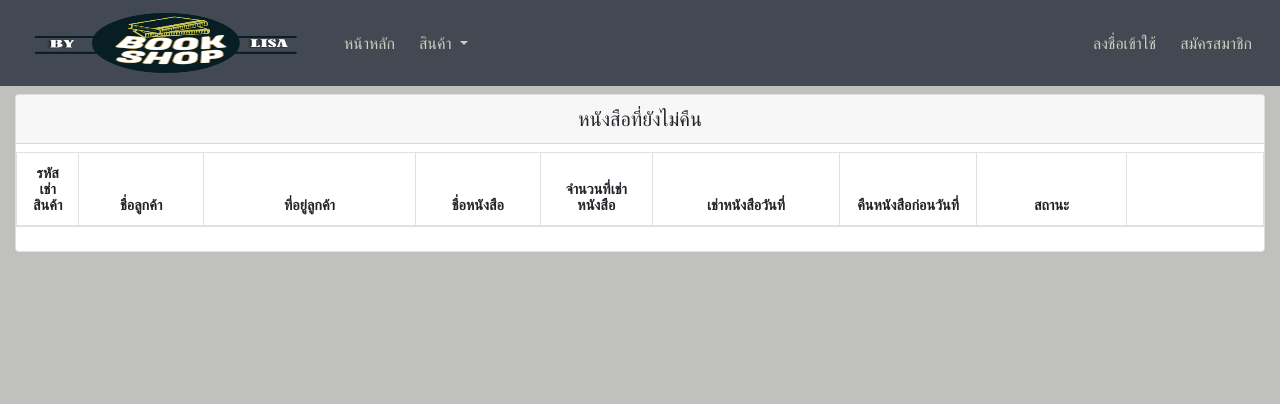
Repository: peawza/shopbook
Page: http://localhost/returnproduct.php?Order_id=24
The author's editor kept a copy of each file at every save. The page is drawn from the files as they stood at one save, then again after the next save.
The browser window is 1280 px wide. The pictures show the whole page.
The page is run by PHP 8.4 with error messages shown; the project is at /var/www/html/. Other server files are loaded and not shown. The database holds what the project's SQL file puts in it. Queries for data that is not in the repository find no rows.

Above is the page before, as saved 2020-10-01 11:09:44.

### returnproduct.php
<!DOCTYPE html>
<html lang="en">

<head>
    <meta charset="UTF-8">
    <meta name="viewport" content="width=device-width, initial-scale=1.0">
    <title>Document</title>
    <?php
    require_once('php/condbbook.php');
    include('include\importcss.php');
    include('include\navber.php');
    //echo '<pre>';
    //print_r($_SESSION);
    //$_SESSION['ses_php_var'] = $_GET['sendVal'];
    //$_SESSION['ses_php_var'] = $_POST['sendVal'];
    //$_SESSION['Typeid'] = $_POST['Typeid'];
    //print_r($_POST);
    //print_r($_GET);
    //echo '<pre>';

    ?>
</head>

<body>
    <div class="container-fluid py-2">
        <div class="card ">
            <h5 class="card-header text-center">หนังสือที่ยังไม่คืน</h5>

            <div class="py-2">
                <table class="table table-bordered table-responsive-sm">
                    <thead>
                        <tr>
                            <th width="5%" class="text-center">รหัสเช่าสินค้า</th>
                            <th width="10%" class="text-center">ชื่อลูกค้า</th>
                            <th width="17%" class="text-center">ที่อยู่ลูกค้า</th>
                            <th width="10%" class="text-center">ชื่อหนังสือ</th>
                            <th width="9%" class="text-center">จำนวนที่เช่าหนังสือ</th>
                            <th width="15%" class="text-center">เช่าหนังสือวันที่</th>
                            <th width="11%" class="text-center">คืนหนังสือก่อนวันที่</th>
                            <th width="12%" class="text-center">สถานะ</th>
                            <th width="12%" class="text-center"></th>

                        </tr>
                    </thead>
                    <tbody>
                        <?php
                        /*
                        [0] => 1
                        [orders_id] => 1
                        [1] => 4
                        [User_ID] => 4
                        [2] => ฟหดกหฟดกหฟด
                        [Order_addressuser] => ฟหดกหฟดกหฟด
                        [3] => 2464
                        [orders_renttotal] => 2464
                        [4] => 0
                        [orders_returntotal] => 0
                        [5] => 2464
                        [orders_sumtotal] => 2464
                        [6] => 0
                        [orders_iscomplete] => 0
                        [7] => 4
                        [8] => user
                        [User_Username] => user
                        [9] => $2y$10$fB6aRvLojb8vG3ukgnwcle6rynH6hiaSNAOSCfskrj2DL4A6y8HM6
                        [User_Password] => $2y$10$fB6aRvLojb8vG3ukgnwcle6rynH6hiaSNAOSCfskrj2DL4A6y8HM6
                        [10] => ศุภชัย
                        [User_Firstname] => ศุภชัย
                        [11] => แจ้งอรุณ
                        [User_Lastname] => แจ้งอรุณ
                        [12] => 0970562607
                        [User_Telephonenumber] => 0970562607
                        [13] => agileza_555@hotmail.com
                        [User_Email] => agileza_555@hotmail.com
                        [14] => 9091310863447.jpg
                        [User_Photo] => 9091310863447.jpg
                        [15] => 2020-09-26
                        [User_Createdate] => 2020-09-26
                        [16] => admin
                        [User_Type] => admin
                        [17] => 1
                        [orderrent_id] => 1
                        [18] => 4
                        [orderrent_productid] => 4
                        [19] => 1
                        [orderrent_amount] => 1
                        [20] => 1232
                        [orderrent_totalprice] => 1232
                        [21] => 2020-09-30
                        [orderrent_rentdate] => 2020-09-30
                        [22] => 2020-10-20
                        [orderrent_returndate] => 2020-10-20
                        [23] => 0
                        [orderrent_status] => 0
                    )

                        */
                        if (isset($_GET['Order_id'])) {
                            $orderid = $_GET['Order_id'];
                            $selectproduct = "SELECT * FROM `orders`,`user`,`orderrent`, WHERE `user`.`User_ID`=`orders`.`User_ID`AND`orders`.`orders_id`= `orderrent`.`orderrent_id`AND `product`.`Product_ID`=`orderrent`.`orderrent_productid` AND`orderrent`.`orderrent_id`= '" . $orderid . "'";
                            $resulproduct = mysqli_query($conn, $selectproduct);
                            while ($rowproduct = mysqli_fetch_array($resulproduct)) {
                        ?>
                        <tr>
                            <th><?php
                                        $code = sprintf('O-%04d', $rowproduct['orders_id']);
                                        echo $code ?>
                            </th>
                            <th><?php echo $rowproduct["User_Firstname"] . ' ' . $rowproduct['User_Lastname'] ?>
                            </th>
                            <td><?php echo $rowproduct["Order_addressuser"]  ?></td>

                        </tr>



                        <?php
                                //echo '<pre>';
                                //print_r($rowproduct);
                                //echo '<pre>';
                            }
                        } else {


                            echo 'null';
                        }


                        ?>
                    </tbody>
                    </thead>
                </table>
            </div>
        </div>
    </div>










</body>
<?php
include('include\importjavascript.php');
?>

</html>

### php/condbbook.php
<?php
session_start();
$conn = new mysqli('localhost', 'root', '1234', 'shopbook');
$conn->set_charset("utf8");
//$conn->query('set name utf8');
//echo $conn->connect_error;
if ($conn->connect_errno) {
    die("conmection Failed" . $conn->connect_error);
} /*else {
    die("OK Database");
}*/

//$conndata = new mysqli('localhost', 'root', '1234', 'shop');

### include/importcss.php
<link rel="stylesheet" href="node_modules/bootstrap/dist/css/bootstrap.min.css"> <!-- link เลือก css-->
<link rel="stylesheet" href="node_modules/font-awesome5/css/fontawesome-all.css">
<link rel="stylesheet" href="include/CSS/styles.css?v=<?php echo filemtime('include/CSS/styles.css'); ?>"
    type=" text/css">

<script src="https://www.google.com/recaptcha/api.js"></script>

<script src="https://ajax.googleapis.com/ajax/libs/jquery/2.2.0/jquery.min.js"></script>

<script src="https://maxcdn.bootstrapcdn.com/bootstrap/3.3.6/js/bootstrap.min.js"></script>

### include/importjavascript.php
<script src="node_modules/jquery/dist/jquery.min.js"></script> <!-- sc เลือก src -->
<script src="node_modules/popper.js/dist/umd/popper.min.js"></script>
<script src="node_modules/bootstrap/dist/js/bootstrap.min.js"></script>
<script src="node_modules/jquery-validation/dist/jquery.validate.min.js"></script>
<script src="include/JS/script.js?v=<?php echo filemtime('include/JS/script.js') ?>"></script>

### DB/shopbook.sql (the tables this page reads)
CREATE TABLE `orderrent` (
  `orderrent_id` int(11) NOT NULL,
  `orderrent_productid` int(11) NOT NULL,
  `orderrent_amount` int(11) NOT NULL,
  `orderrent_totalprice` int(11) NOT NULL,
  `orderrent_rentdate` date NOT NULL,
  `orderrent_returndate` date NOT NULL,
  `orderrent_status` int(11) NOT NULL
) ENGINE=InnoDB DEFAULT CHARSET=utf8mb4 COLLATE=utf8mb4_bin;

INSERT INTO `orderrent` (`orderrent_id`, `orderrent_productid`, `orderrent_amount`, `orderrent_totalprice`, `orderrent_rentdate`, `orderrent_returndate`, `orderrent_status`) VALUES
(21, 12, 1, 50, '2020-10-23', '2020-10-30', 1),
(21, 13, 1, 50, '2020-10-23', '2020-10-30', 1),
(21, 15, 1, 45, '2020-10-23', '2020-10-30', 1),
(21, 20, 1, 100, '2020-10-23', '2020-10-30', 1),
(22, 4, 3, 300, '2020-10-23', '2020-10-30', 1),
(23, 13, 1, 50, '2020-10-23', '2020-10-30', 1),
(24, 7, 3, 150, '2020-10-25', '2020-11-01', 0),
(24, 24, 5, 175, '2020-10-25', '2020-11-01', 0),
(25, 8, 10, 500, '2020-10-25', '2020-11-01', 1),
(26, 8, 10, 500, '2020-10-25', '2020-11-01', 1),
(27, 15, 40, 1800, '2020-10-25', '2020-11-01', 1),
(28, 4, 10, 1000, '2020-10-25', '2020-11-01', 1),
(29, 12, 1, 50, '2020-10-25', '2020-11-01', 1),
(29, 23, 10, 300, '2020-10-25', '2020-11-01', 1),
(30, 7, 1, 50, '2020-10-25', '2020-11-01', 1),
(30, 24, 1, 35, '2020-10-25', '2020-11-01', 1),
(31, 12, 1, 50, '2020-10-25', '2020-11-01', 1),
(31, 24, 1, 35, '2020-10-25', '2020-11-01', 1),
(31, 42, 1, 70, '2020-10-25', '2020-11-01', 1),
(32, 23, 1, 30, '2020-10-25', '2020-11-01', 1),
(33, 36, 10, 1000, '2020-10-25', '2020-11-01', 1),
(34, 51, 1, 200, '2020-10-25', '2020-11-04', 1),
(35, 51, 60, 12000, '2020-10-25', '2020-11-04', 1),
(36, 47, 70, 2100, '2020-10-25', '2020-11-01', 0),
(37, 25, 50, 2000, '2020-10-25', '2020-11-01', 0),
(38, 3, 1, 100, '2020-10-27', '2020-11-03', 1),
(39, 16, 1, 75, '2020-10-27', '2020-11-03', 1),
(40, 52, 10, 1000, '2020-10-27', '2020-11-03', 0),
(41, 51, 1, 200, '2020-10-27', '2020-11-06', 0);

ALTER TABLE `orderrent`
  ADD PRIMARY KEY (`orderrent_id`,`orderrent_productid`) USING BTREE,
  ADD KEY `orderrent_productid` (`orderrent_productid`);

ALTER TABLE `orderrent`
  ADD CONSTRAINT `orderrent_ibfk_2` FOREIGN KEY (`orderrent_productid`) REFERENCES `product` (`Product_ID`),
  ADD CONSTRAINT `orderrent_ibfk_3` FOREIGN KEY (`orderrent_id`) REFERENCES `orders` (`orders_id`) ON DELETE CASCADE;

CREATE TABLE `orders` (
  `orders_id` int(11) NOT NULL,
  `User_ID` int(11) NOT NULL,
  `Order_addressuser` text COLLATE utf8mb4_bin NOT NULL,
  `orders_renttotal` float NOT NULL DEFAULT 0,
  `orders_returntotal` float NOT NULL DEFAULT 0,
  `orders_sumtotal` float NOT NULL,
  `orders_iscomplete` int(11) NOT NULL
) ENGINE=InnoDB DEFAULT CHARSET=utf8mb4 COLLATE=utf8mb4_bin;

INSERT INTO `orders` (`orders_id`, `User_ID`, `Order_addressuser`, `orders_renttotal`, `orders_returntotal`, `orders_sumtotal`, `orders_iscomplete`) VALUES
(21, 9, 'ชลบุรี', 245, 0, 245, 2),
(22, 9, '', 300, 0, 300, 2),
(23, 9, '123', 50, 0, 50, 2),
(24, 10, 'มกศรช', 325, 0, 325, 0),
(25, 9, 'sdafffsdfdsafdsagdasgaasdfdsag', 500, 0, 500, 2),
(26, 9, 'หฟกหฟกหฟกหฟกกหฟ', 500, 0, 500, 2),
(27, 9, 'adsdsa', 1800, 1500, 3300, 2),
(28, 9, 'asdasdsa', 1000, 1000, 2000, 2),
(29, 11, 'มกศรช', 350, 0, 350, 2),
(30, 11, 'มกศรช ผฟกหกห', 85, 170, 255, 2),
(31, 11, 'ชลบุรี', 155, 0, 155, 2),
(32, 11, '123132', 30, 0, 30, 2),
(33, 11, '123', 1000, 0, 1000, 2),
(34, 11, '123123\r\n', 200, 0, 200, 2),
(35, 11, '1111\r\n\r\n', 12000, 0, 12000, 2),
(36, 11, 'ชลบุรี', 2100, 0, 2100, 0),
(37, 11, 'ชลบุรี', 2000, 0, 2000, 0),
(38, 9, 'ชลบุรี', 100, 0, 100, 2),
(39, 9, 'มก', 75, 150, 225, 2),
(40, 9, 'มก', 1000, 0, 1000, 0),
(41, 12, 'asd', 200, 0, 200, 0);

ALTER TABLE `orders`
  ADD PRIMARY KEY (`orders_id`),
  ADD KEY `User_ID` (`User_ID`);

ALTER TABLE `orders`
  ADD CONSTRAINT `orders_ibfk_1` FOREIGN KEY (`User_ID`) REFERENCES `user` (`User_ID`);

CREATE TABLE `product` (
  `Product_ID` int(11) NOT NULL,
  `Type_ID` int(11) NOT NULL,
  `Product_Name` text COLLATE utf8mb4_bin NOT NULL,
  `Product_Details` text COLLATE utf8mb4_bin NOT NULL,
  `Product_Price` float NOT NULL,
  `product_buy` int(11) DEFAULT NULL,
  `Product_Balance` int(11) NOT NULL,
  `Product_rentday` int(11) NOT NULL,
  `Product_Photo` text COLLATE utf8mb4_bin NOT NULL,
  `Product_datesave` date NOT NULL
) ENGINE=InnoDB DEFAULT CHARSET=utf8mb4 COLLATE=utf8mb4_bin;

INSERT INTO `product` (`Product_ID`, `Type_ID`, `Product_Name`, `Product_Details`, `Product_Price`, `product_buy`, `Product_Balance`, `Product_rentday`, `Product_Photo`, `Product_datesave`) VALUES
(3, 11, 'บุเพสันนิวาส', 'เกศสุรางค์ หญิงสาวร่างอ้วนจำต้องทะลุมิติไปในรัชกาลสมเด็จพระนารายณ์มหาราช ในร่างของแม่หญิงการะเกดผู้แสนร้ายกาจ และได้พบกับผู้คนมากมายทั้ง หมื่นสุนทรเทวา ผู้เป็นคู่หมั้นคู่หมายของการะเกด ออกญาโหราธิบดี ราชครูของพระนารายณ์ แม่มะลิ บุตรสาวของแขกฟานิกลูกครึ่งญี่ปุ่น โปรตุเกส และผู้คนอีกมากมาย', 100, 200, 10, 7, '9102909146241.jpg', '2020-10-23'),
(4, 11, 'ปริศนามหาเวทย์', 'ปริศนามหาเวทย์', 100, 200, 5, 7, '9102908113900.gif', '2020-10-20'),
(5, 11, 'Sea Witch', 'Sea Witch', 100, 200, 10, 7, '9102908766196.jpg', '2020-10-20'),
(7, 10, 'Onepiece', 'เป็นเรื่องราวในยุคทองของโจรสลัด โจรสลัดทุกคนมีเป้าหมายเดียวกันคือเพื่อค้นหา สมบัติที่เรียกว่า \"วันพีช\" ซึ่งผู้ใดสามารถค้นหาและครอบครองวันพีชอยู่ ผู้นั้นก็คือเจ้าแห่งโจรสลัด(ราชาโจรสลัด) โดยผู้ที่เคยครอบครองวันพีชนั้นมีอยู่คนเดียวตามที่เปิดเผยคือ เจ้าแห่งโจรสลัด โกลด์ ดี โรเจอร์ ซึ่งหลังจากที่ ได้ครอบครองวันพีซแล้ว โกลด์ ดี โรเจอร์ก็ได้มอบตัว และยอมรับโทษการประหารชีวิตที่เกาะโร๊คบ้านเกิดของตนนั่นเอง และก่อนตายโกลด์ ดี โรเจอร์ ได้ทิ้งคำพูดก่อนตายที่เปลี่ยนยุคสมัยของโจรสลัดว่า \"สมบัติของฉันหรอ อยากได้ก็เอาไปซิ ไปหาเอาเลย ฉันเอาทุกอย่างบนโลกไปไว้ที่นั่นหมดแล้ว\" แล้วเหล่า โจรสลัดทั้งหลายจึงมุ่งหน้าสู้แกรนด์ไลน์เพื่อตามหาวันพีซ', 50, 100, 6, 7, '9102907166680.jpg', '2020-10-23'),
(8, 10, 'Naruto', 'นารูโตะเป็นกำพร้าและไม่มีพี่น้อง เติบโตขึ้นโดยไม่รู้ว่าตนเองมีจิ้งจอกเก้าหางอยู่ภาย ในร่างกาย หลังจากสำเร็จการศึกษาเป็นนินจาชั้น เกะนิน (นินจาระดับล่าง) และปฏิบัติหน้าที่ภายใต้การควบคุมของ ฮาตาเกะ คาคาชิ ซึ่งเป็น โจนิน (นินจาระดับสูง) ฉายา ก๊อบปี้นินจา โดยมีสมาชิกร่วมทีมอีกสองคน คือ อุจิวะ ซาสึเกะ และ ฮารุโนะ ซากุระ', 50, 100, 10, 7, '9102907412301.jpg', '2020-10-23'),
(12, 10, 'Fairytail', 'นัตสึ ดรากูนีล\"ดราก้อนสเลเยอร์ไฟ ได้ออกเดินทางเพื่อตามหาอิกนิลหรือมังกรที่เปรียบเสมือนพ่อของนัตสึ ไปกับแมวบินได้และพูดได้ ชื่อ แฮปปี้ โดยระหว่างทางได้พบกับ\"ลูซี่ ฮาร์ทฟิเลีย\"สาวน้อยผู้อัญเชิญเทพแห่งดวงดาวและได้ตกลงเป็นเพื่อนกันเพราะลูซี่นั้นอยากเข้ากิลด์แฟรี่เทล', 50, 100, 10, 7, '9102906035329.png', '2020-10-23'),
(13, 13, 'Time', 'นิตยสาร TIME', 50, 150, 4, 7, '9104350156863.jpg', '2020-10-23'),
(14, 12, '51 คำถาามเพิ่มความรู้เรื่องอาชีพ', 'รวมประเด็นน่าสนใจเกี่ยวกับอาชีพ', 100, 150, 10, 7, '9104350802507.jpg', '2020-10-23'),
(15, 10, 'Doraemon', 'หุ่นยนเเมวที่ส่งมาช่วย โนบิตะ เพื่อให้อนาคตของเขาเปลื่ยนไป', 45, 75, 29, 7, '9104351707679.png', '2020-10-23'),
(16, 10, '3ก๊ก', 'ตำนานของวีรบุรุษที่จะรวมเเผ่นดินทั้ง3เป็น1', 75, 150, 19, 7, '9104352222267.jpg', '2020-10-23'),
(17, 12, '30 สิ่งมหัศจรรย์ของโลกที่น่ารู้', 'สิ่งมหัศจรรย์ของโลก', 50, 100, 5, 7, '9104352622959.jpg', '2020-10-23'),
(18, 12, 'เกร็ดความรู้เเละภาษาอาเซียน', 'ความรู้เเละภาษาอาเซียน', 80, 150, 9, 7, '9104353026534.jpg', '2020-10-23'),
(19, 13, 'BAZAAR', 'BAZAAR', 50, 190, 10, 7, '9104353499954.jpg', '2020-10-23'),
(20, 12, 'วิทยาศาสตร์ฉลาดรู้เรื่องสมอง', 'วิทยาศาสตรที่เกี่ยวความรู้เรื่องสมอง', 100, 170, 20, 7, '9104353867647.gif', '2020-10-23'),
(21, 11, 'The butterfly tree', 'The butterfly tree', 170, 300, 5, 7, '9104354170879.jpg', '2020-10-23'),
(22, 13, 'CAMPUS', 'CAMPUS', 60, 165, 10, 7, '9104354376857.jpg', '2020-10-23'),
(23, 10, 'ชินจังจอมเเก่น', 'เรื่องราวชินจังที่ต้องทำให้คุณต้องหัวเราะ', 30, 85, 50, 7, '9104354830108.gif', '2020-10-23'),
(24, 10, 'โคนัน', 'นักสืบหนุ่มที่ถูกชายชุดดำจับตัวให้ไปกินยา พอตื่นขึ้นมากลับกายเป็นเด็กอีกครั้ง', 35, 70, 44, 7, '9104355382500.jpg', '2020-10-23'),
(25, 10, 'Dragonball', 'ซุนโกคู ในวัยเด็ก ก็ได้รู้เกี่ยวกับ ดราก้อนบอล จาก บลูม่า ซึ่งกำลังตามหาอยู่ แถมโกคูเองก็มี ดราก้อนบอล4ดาว ซึ่งเป็นของต่างหน้าคุณปู่ ซุนโกฮัง อีกด้วย ก็เลยตัดสินใจไปตามหาดราก้อนบอลด้วยกัน ต่อมาก็ได้ อูลอน มาเป็นพวกช่วยหาด้วย แต่ในระหว่างนั้น ก็มี ยามุชา และ ปูอัล กับ ปิลาฟและพรรคพวก คอยตามหาดราก้อนบอลด้วย', 40, 75, 0, 7, '9104355839451.jpg', '2020-10-23'),
(26, 11, 'ECHOES FROM THE PAST', 'Echoes from the past', 190, 300, 10, 7, '9104356230225.jpg', '2020-10-23'),
(27, 13, 'ELLE', 'ELLE', 30, 90, 10, 6, '9104356389396.webp', '2020-10-23'),
(28, 13, 'FIGARO JAPAN', 'FIGARO JAPAN', 60, 150, 3, 4, '9104356627109.jpg', '2020-10-23'),
(29, 12, 'คว้าเกรด A ง่ายกว่าที่คิด', 'คว้าเกรด A ง่ายกว่าที่คิด', 55, 130, 7, 6, '9104356893659.png', '2020-10-23'),
(30, 11, 'Harry Potter', 'Harry Potter', 160, 300, 30, 7, '9104357146935.jpg', '2020-10-23'),
(31, 13, 'L OFFICIEL', 'L OFFICIEL', 30, 70, 10, 7, '9104357596692.jpg', '2020-10-23'),
(32, 12, 'สนุกกับการค้นหาความรู้ข้างในแผนที่โลก', 'สนุกกับการค้นหาความรู้ข้างในแผนที่โลก', 60, 150, 10, 7, '9104357883099.jpg', '2020-10-23'),
(33, 10, 'My Hero Academia', 'ว่าด้วยเรื่องราวในอนาคต เมื่อพลังพิเศษได้ถูกทยอยค้นพบทั่วทุกมุมโลก จนกลายเป็นเรื่องปกติของคนเจนเนอเรชั่นใหม่ ที่ล้วนเป็นผู้มี “อัตลักษณ์” (พลังพิเศษเฉพาะตัว) สังคมยอดมนุษย์จึงได้เริ่มขึ้น ขณะเดียวกันความวุ่นวายจากผู้ใช้พลังพิเศษในทางที่ผิด ก็ยกระดับความรุนแรง ประเทศจึงได้ร่างกฏหมายต่อต้านความรุนแรง โดยให้เหล่าผู้กล้าคอยปราบปรามเหล่าวายร้าย ', 40, 75, 40, 7, '9104359185860.jpg', '2020-10-23'),
(34, 13, 'OK MAGAZINE', 'OK MAGAZINE', 30, 90, 10, 7, '9104359398955.jpg', '2020-10-23'),
(35, 10, 'Pinocchio', 'Pinocchio', 100, 200, 5, 7, '9104359601161.jpg', '2020-10-23'),
(36, 11, 'บ้านทรายทอง', 'บ้านทรายทอง', 100, 250, 10, 7, '9104359808705.jpg', '2020-10-23'),
(37, 12, 'เอาชีวิครอดบนเกาะร้าง', 'เอาชีวิครอดบนเกาะร้าง', 80, 135, 5, 7, '9104360075753.webp', '2020-10-23'),
(38, 13, 'VOGUE', 'VOGUE', 30, 75, 10, 7, '9104360487722.jpg', '2020-10-23'),
(39, 11, 'Twilight', 'Twilight', 240, 300, 20, 7, '9104361247095.jpg', '2020-10-23'),
(40, 11, 'The darkness of light', 'The darkness of light', 150, 250, 6, 7, '9104361459702.jpg', '2020-10-23'),
(41, 12, 'เพศศึกษาที่เราอยากรู้', 'เพศศึกษาที่เราอยากรู้', 60, 150, 10, 7, '9104361760502.jpg', '2020-10-23'),
(42, 10, 'Sailormoon', 'Sailormoon', 70, 125, 50, 7, '9104361988958.png', '2020-10-23'),
(43, 11, 'RISEN', 'RISEN', 150, 350, 10, 7, '9104362289392.jpg', '2020-10-23'),
(44, 11, 'REALM OF RUINS', 'REALM OF RUINS', 180, 300, 4, 7, '9104362809007.jpg', '2020-10-23'),
(45, 10, 'สโนว์ไวท์', 'สโนว์ไวท์', 100, 200, 7, 5, '9104367662917.jpg', '2020-10-23'),
(46, 10, 'อลิซ ท่องเเดนมหัศจรรย์', 'อลิซ ท่องเเดนมหัศจรรย์', 40, 150, 5, 7, '9104367935394.jpg', '2020-10-23'),
(47, 10, 'Bleach', 'Bleach', 30, 75, 0, 7, '9104368159565.jpg', '2020-10-23'),
(48, 10, 'Lion King', 'Lion King', 70, 150, 2, 3, '9104368352654.jpg', '2020-10-23'),
(49, 12, 'รัชการที่ 9', 'ประวัติศาสตร์ของในหลวงรัชกาลที่ 9', 50, 150, 10, 7, '9104368788022.jpg', '2020-10-23'),
(51, 13, 'qweqwe', 'ssadzxc', 200, 500, 69, 10, '9105550929723.png', '2020-10-26'),
(52, 15, 'เลข', 'หนังสือเลข', 100, 200, 40, 7, '9106337351482.jpg', '2020-10-27');

ALTER TABLE `product`
  ADD PRIMARY KEY (`Product_ID`),
  ADD KEY `Type_ID` (`Type_ID`);

ALTER TABLE `product`
  MODIFY `Product_ID` int(11) NOT NULL AUTO_INCREMENT, AUTO_INCREMENT=53;

ALTER TABLE `product`
  ADD CONSTRAINT `product_ibfk_1` FOREIGN KEY (`Type_ID`) REFERENCES `producttype` (`Type_ID`);

CREATE TABLE `producttype` (
  `Type_ID` int(11) NOT NULL,
  `Type_Name` text COLLATE utf8mb4_bin NOT NULL
) ENGINE=InnoDB DEFAULT CHARSET=utf8mb4 COLLATE=utf8mb4_bin;

INSERT INTO `producttype` (`Type_ID`, `Type_Name`) VALUES
(10, 'หนังสือการ์ตูน'),
(11, 'หนังสือนิยาย'),
(12, 'หนังสือให้ความรู้'),
(13, 'นิตยสาร'),
(14, 'หนังสืออ้างอิง'),
(15, 'หนังสือเรียน');

ALTER TABLE `producttype`
  ADD PRIMARY KEY (`Type_ID`);

ALTER TABLE `producttype`
  MODIFY `Type_ID` int(11) NOT NULL AUTO_INCREMENT, AUTO_INCREMENT=16;

CREATE TABLE `user` (
  `User_ID` int(11) NOT NULL,
  `User_Username` varchar(30) COLLATE utf8mb4_bin NOT NULL,
  `User_Password` varchar(255) COLLATE utf8mb4_bin NOT NULL,
  `User_Firstname` varchar(60) COLLATE utf8mb4_bin NOT NULL,
  `User_Lastname` varchar(60) COLLATE utf8mb4_bin NOT NULL,
  `User_Telephonenumber` varchar(20) COLLATE utf8mb4_bin NOT NULL,
  `User_Email` varchar(100) COLLATE utf8mb4_bin NOT NULL,
  `User_Photo` text COLLATE utf8mb4_bin NOT NULL,
  `User_Createdate` date NOT NULL,
  `User_Type` text COLLATE utf8mb4_bin NOT NULL
) ENGINE=InnoDB DEFAULT CHARSET=utf8mb4 COLLATE=utf8mb4_bin;

INSERT INTO `user` (`User_ID`, `User_Username`, `User_Password`, `User_Firstname`, `User_Lastname`, `User_Telephonenumber`, `User_Email`, `User_Photo`, `User_Createdate`, `User_Type`) VALUES
(4, 'admin', '$2y$10$SY4xbwIYnzlGXMpgdZHyf.LPEcYFIsZqluIzuCwKXBq3M3BeEG5Ay', 'saran', 'Deesubin', '0000000001', 'saran.de@ku.th', '9102901537951.png', '2020-09-26', 'admin'),
(9, 'ford', '$2y$10$PMdn09lEjbW1HXQUbcYTxuSygozJvQIxKzWmVceRwvZWU79uc0co2', 'sarann', 'dee', '0983575083', 'fordza1231230@gmail.com', 'profile.png', '2020-10-20', 'admin'),
(10, 'saran', '$2y$10$xXmyvxu.6Nv/xL8ooPsf6uwzp2iGCALRMP7ofoMnBqTHUTzz8pFlC', 'saranza123', 'deeza123', '0123456798', 'ford555@gmail.com', '9105289098934.png', '2020-10-25', 'user'),
(11, 'fordza', '$2y$10$VorVYHQiu9vKXUfmvjVqq.bxwNfPxcRe67GpKwcaU8LfqKm04ecPO', 'fordford', 'zazaza', '0147258369', 'zaza@gmail.com', '9105549518927.jpg', '2020-10-25', 'admin'),
(12, 'asdasd', '$2y$10$F8XcUHvSW4NBR.UZKQddSOY8g.F2t0/vdqPHFuTDspI6tqRk0ydZm', 'asdasd', 'asdasd', '0147258147', 'asd@gmail.com', 'profile.png', '2020-10-27', 'user'),
(13, 'user', '$2y$10$Pw1k2zepH2brdS54XpYJIOsdyI/SlskWDDMMcrrCiCg8F/51VUKwm', 'ศุภชัย', 'แจ้งอรุณ', '0970562607', 'agileza_555@hotmail.com', 'profile.png', '2020-10-29', 'admin'),
(14, 'user2', '$2y$10$Bdcw55H//GAhyWCmsa4CHeFME8wXIUPC1HxJAkJOYH/9U5/u14Ix.', 'ศุภชัย', 'แจ้งอรุณ', '0970562607', 'agileza_555@hotmail.com', 'profile.png', '2020-10-29', 'user');

ALTER TABLE `user`
  ADD PRIMARY KEY (`User_ID`);

ALTER TABLE `user`
  MODIFY `User_ID` int(11) NOT NULL AUTO_INCREMENT, AUTO_INCREMENT=15;

Loaded but not shown: include/JS/script.js (557 lines, source omitted); include/navber.php (209 lines, source omitted); include/CSS/styles.css (248 lines, source omitted)

After the next save:
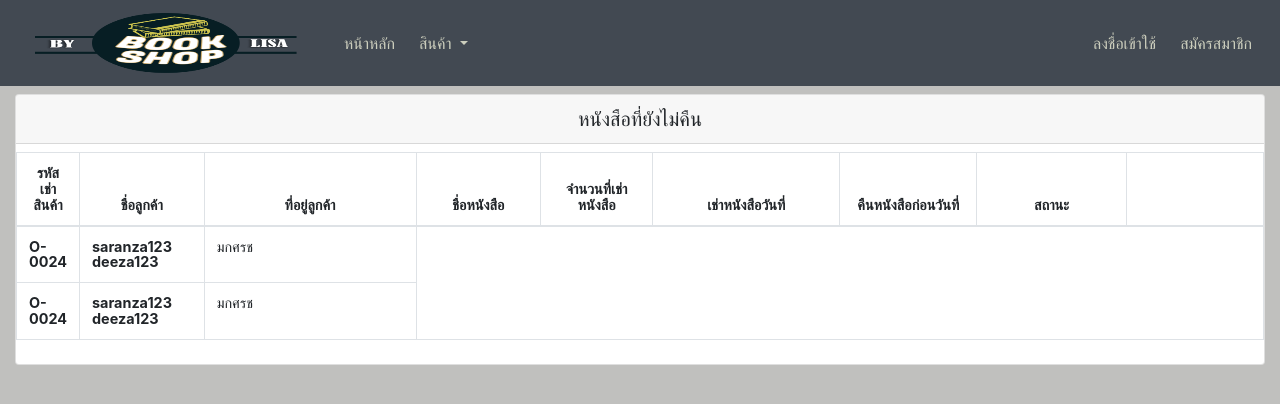
Saved 7 s later.
--- a/returnproduct.php
+++ b/returnproduct.php
@@ -97,7 +97,7 @@
                         */
                         if (isset($_GET['Order_id'])) {
                             $orderid = $_GET['Order_id'];
-                            $selectproduct = "SELECT * FROM `orders`,`user`,`orderrent`, WHERE `user`.`User_ID`=`orders`.`User_ID`AND`orders`.`orders_id`= `orderrent`.`orderrent_id`AND `product`.`Product_ID`=`orderrent`.`orderrent_productid` AND`orderrent`.`orderrent_id`= '" . $orderid . "'";
+                            $selectproduct = "SELECT * FROM `orders`,`user`,`orderrent`,`product` WHERE `user`.`User_ID`=`orders`.`User_ID`AND`orders`.`orders_id`= `orderrent`.`orderrent_id`AND `product`.`Product_ID`=`orderrent`.`orderrent_productid` AND`orderrent`.`orderrent_id`= '" . $orderid . "'";
                             $resulproduct = mysqli_query($conn, $selectproduct);
                             while ($rowproduct = mysqli_fetch_array($resulproduct)) {
                         ?>
